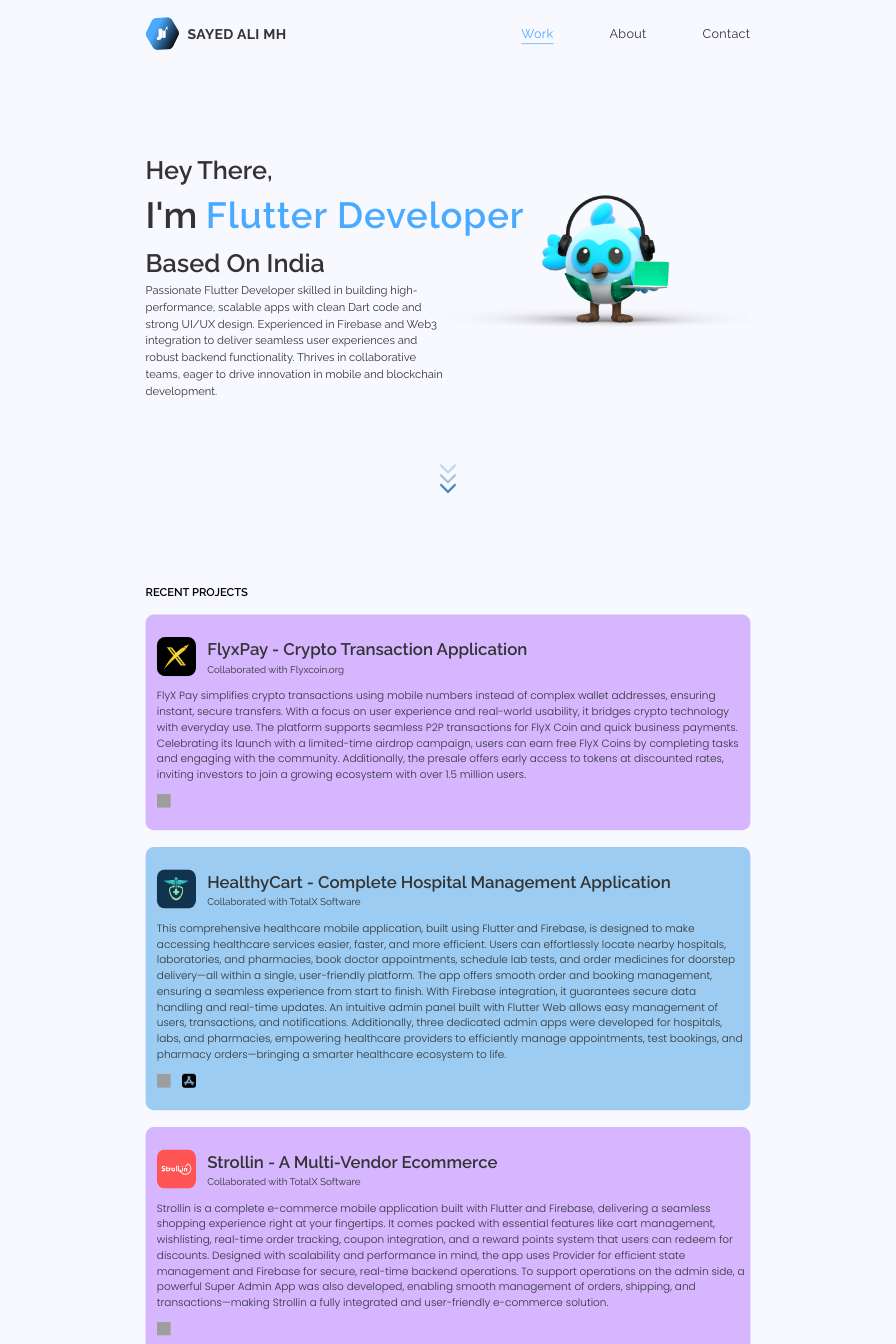
Repository: sayedali-2129/sayedali-portfolio
Page: /
An editor plug-in stored every save of this project. The page is shown before and after the next save, followed by the edit.
The browser window is 1280 px wide. The pictures show the part of the page from y = 0 to 1920 px (the page is 3045 px tall), at 70% of full size.
Pictures or frames that could not be fetched are drawn as grey boxes. The project was rebuilt for these pictures with package versions that can differ from the ones it lists, and the page was loaded fresh each time. The framework's server and built-in components were replaced by stand-ins that run in the browser. Also part of the build but not shown: next.config.ts.

Above is the page before, as saved 2025-05-20 11:41:56.

After the next save:
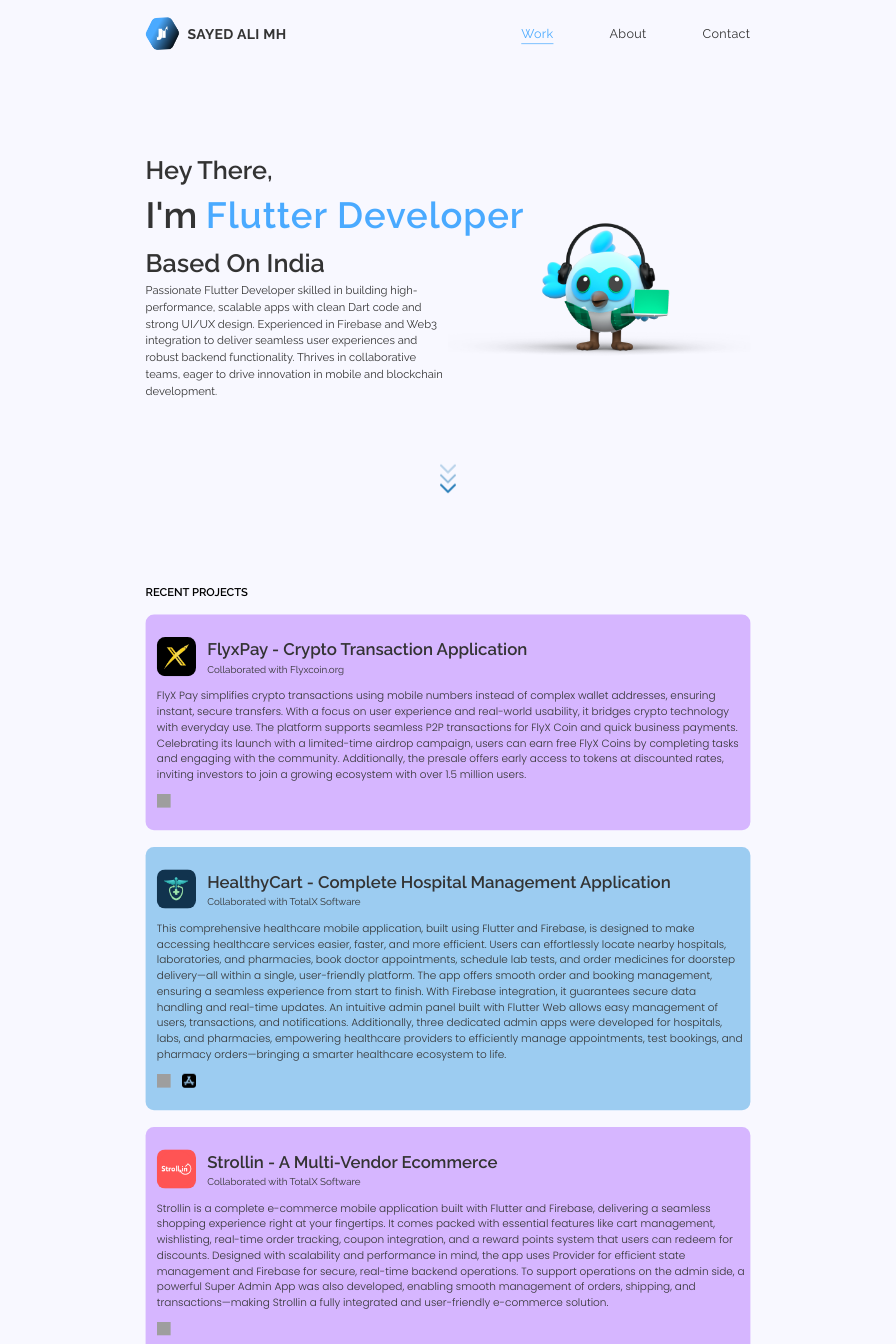
Saved 7 s later.
--- a/src/features/home/components/ProfileBody.tsx
+++ b/src/features/home/components/ProfileBody.tsx
@@ -44,7 +44,7 @@
             blockchain development.
           </p>
         </div>
-        <div className="md:w-1/2 order-1 md:order-2 md:h-[530px] h-72 md:pb-20 pt-6 justify-center items-center">
+        <div className="md:w-1/2 order-1 md:order-2 md:h-[530px] h-72  pt-6 justify-center items-center">
           <Image
             src={FlutterImg}
             alt="Flutter Developer"

After the save that followed:
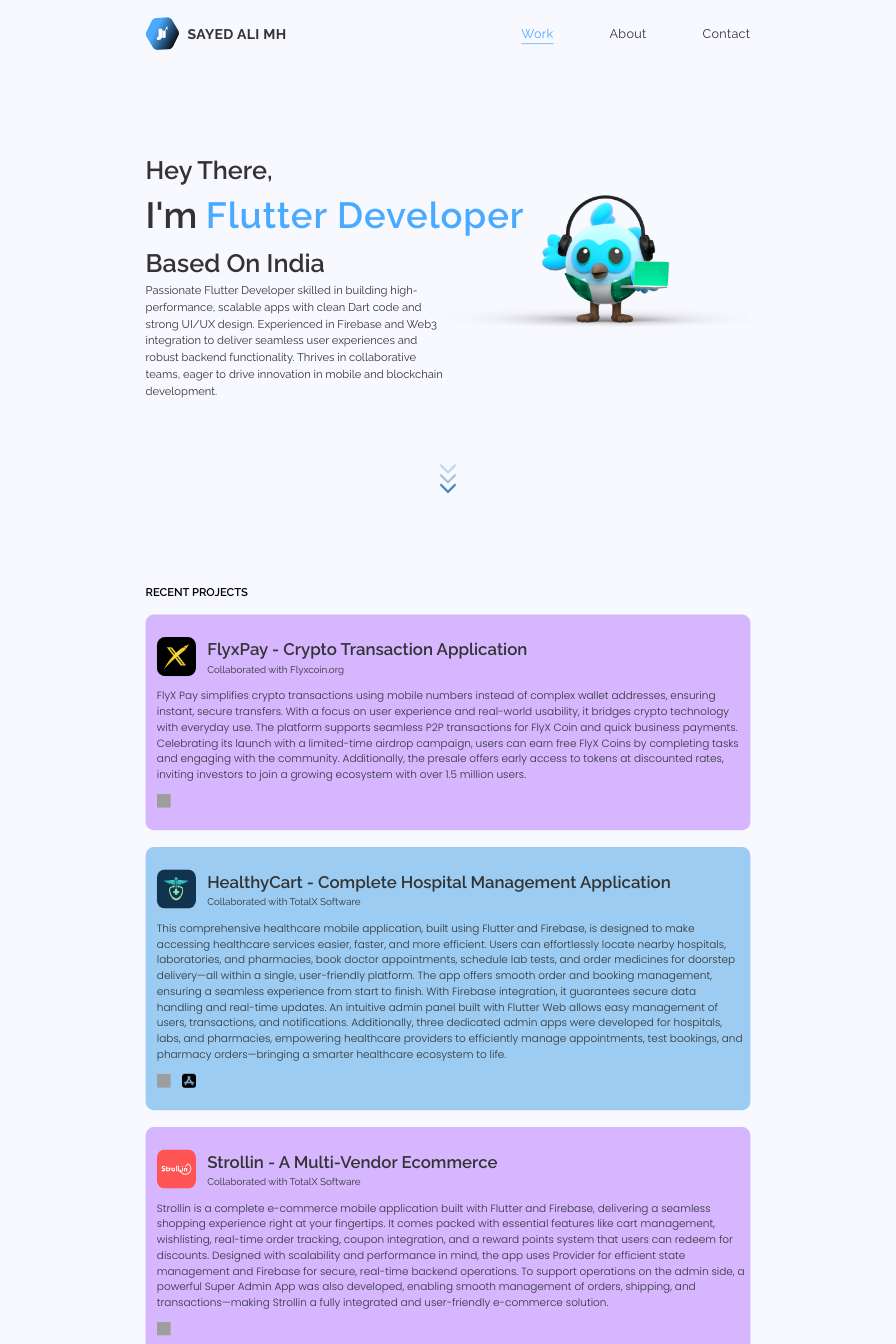
Saved 12 s later.
--- a/src/features/home/components/ProfileBody.tsx
+++ b/src/features/home/components/ProfileBody.tsx
@@ -44,7 +44,7 @@
             blockchain development.
           </p>
         </div>
-        <div className="md:w-1/2 order-1 md:order-2 md:h-[530px] h-72  pt-6 justify-center items-center">
+        <div className="md:w-1/2 order-1 md:order-2 md:h-[530px] h-72 pb-20 pt-6 justify-center items-center">
           <Image
             src={FlutterImg}
             alt="Flutter Developer"
